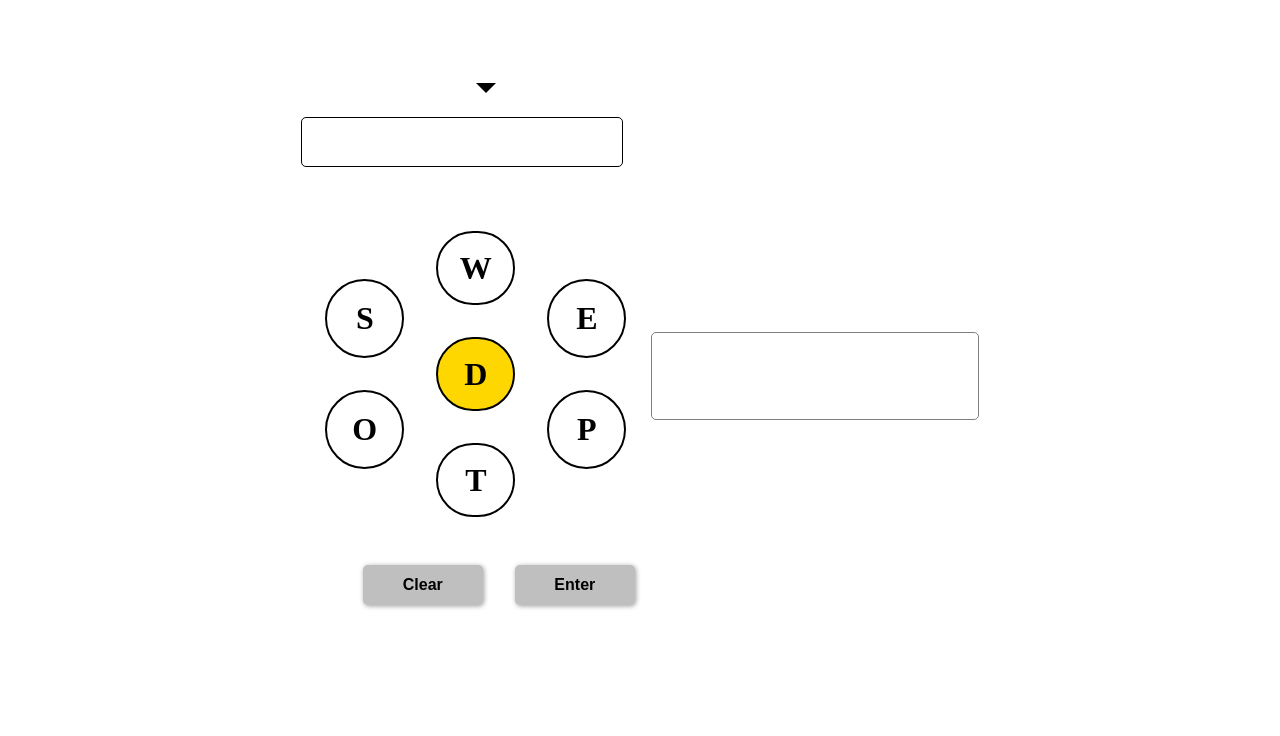
Repository: wellgordon/spelling-bee-clone
Page: /game
An editor plug-in stored every save of this project. The page is shown before and after the next save, followed by the edit.
The browser window is 1280 px wide. The pictures show the whole page.
The project was rebuilt for these pictures with package versions that can differ from the ones it lists, and the page was loaded fresh each time. Also part of the build but not shown: src/index.css, src/components/Home.tsx.

Above is the page before, as saved 2022-01-28 18:50:08.

After the next save:
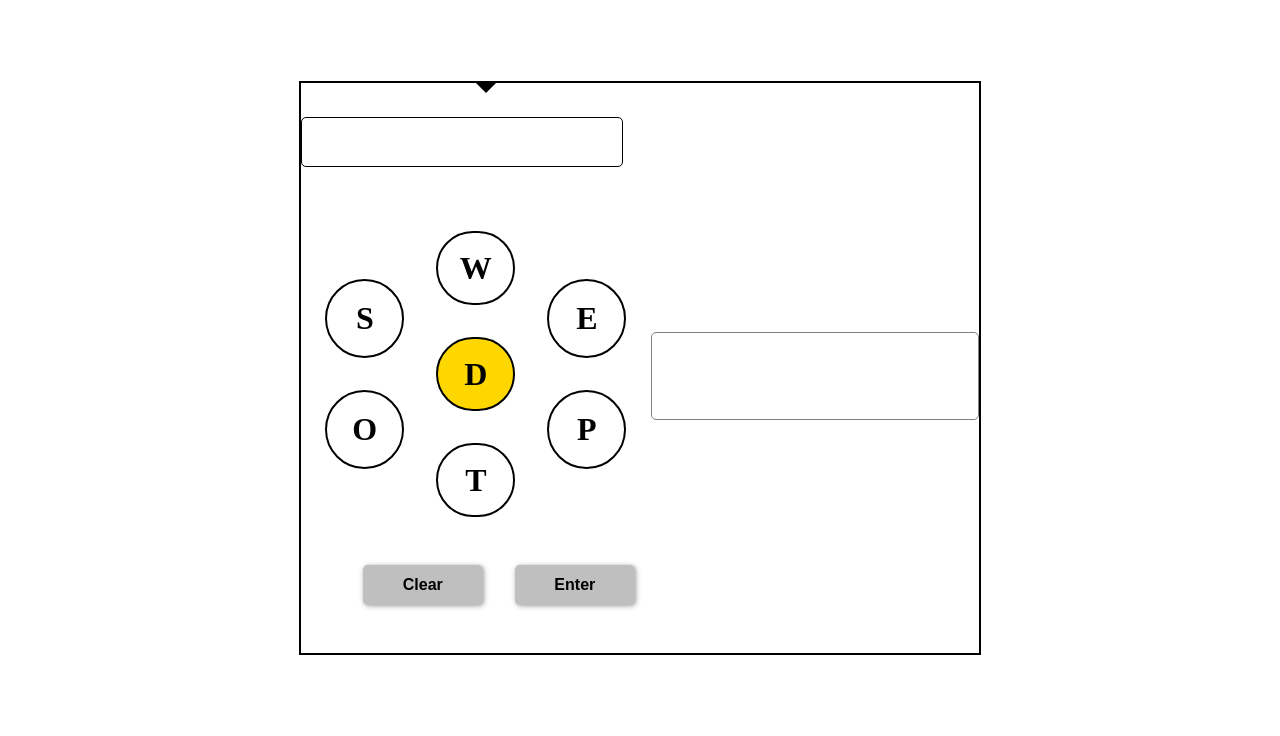
Saved 11 s later.
--- a/src/components/styled/Styles.ts
+++ b/src/components/styled/Styles.ts
@@ -15,6 +15,7 @@ export const SubContainer = styled.div`
   align-items: center;
   justify-content: center;
   flex-flow: row;
+  border: 2px solid black;
 `;
 
 export const GameContainer = styled.div`
